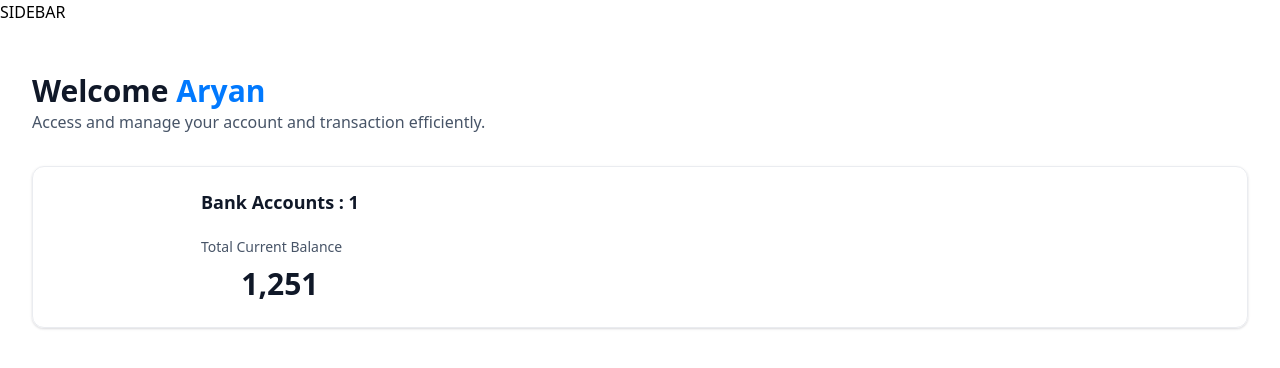
Repository: Strong02coder/banking_app
Page: /
These files come from the project's save history. The page is drawn as it stood at one moment and after the next save; the edit follows.
The browser window is 1280 px wide. The pictures show the whole page.
The project was rebuilt for these pictures with package versions that can differ from the ones it lists, and the page was loaded fresh each time. The framework's server and built-in components were replaced by stand-ins that run in the browser. Also part of the build but not shown: next.config.mjs.

Above is the page before, as saved 2024-09-19 19:27:52.

After the next save:
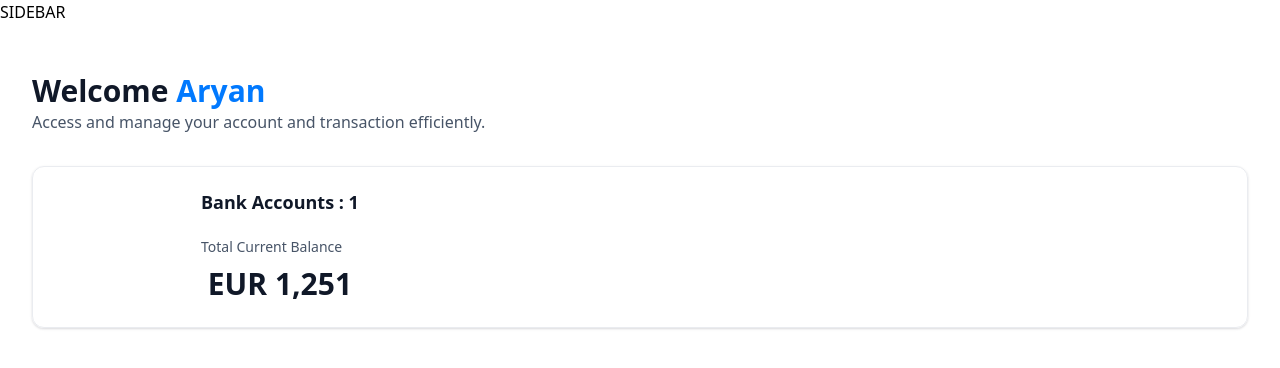
Saved 14 s later.
--- a/components/AnimatedCounter.tsx
+++ b/components/AnimatedCounter.tsx
@@ -6,7 +6,8 @@ const AnimatedCounter = ({amount}:{amount:number}) => {
 	return (
 		<div>
 			<CountUp
-
+			  decimal=","
+  prefix="EUR "
 			end={amount}/>
 		</div>
 	)
